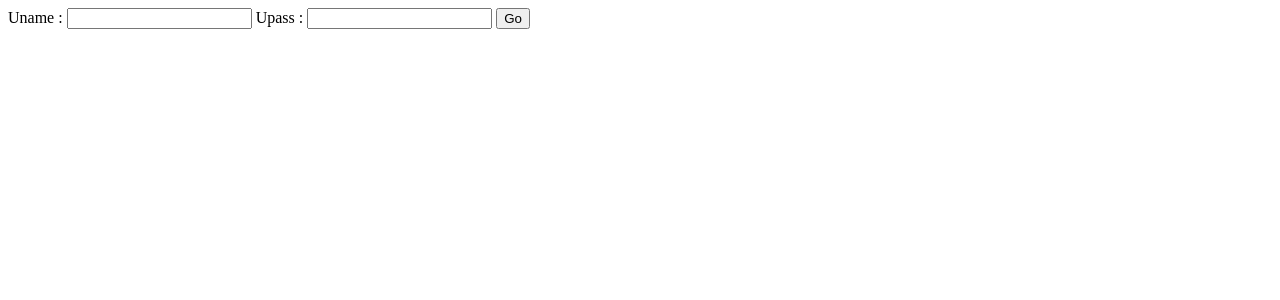
Repository: Asterisc-Institute/Adv-Java-Batch8
Page: Jsp-Day01/WebContent/index.html
The author's editor kept a copy of each file at every save. The page is drawn from the files as they stood at one save, then again after a run of saves.
The browser window is 1280 px wide. The pictures show the whole page.

Above is the page before, as saved 2023-05-06 15:36:27.

### Jsp-Day01/WebContent/index.html
<!DOCTYPE html>
<html>
<head>
<meta charset="ISO-8859-1">
<title>Insert title here</title>
</head>
<body>

<form action="">
Uname : <input type="text" name="uname">
Upass : <input type="text" name="upass">
<input type="submit" value="Go">
</form>


</body>
</html>

After the next 2 saves:
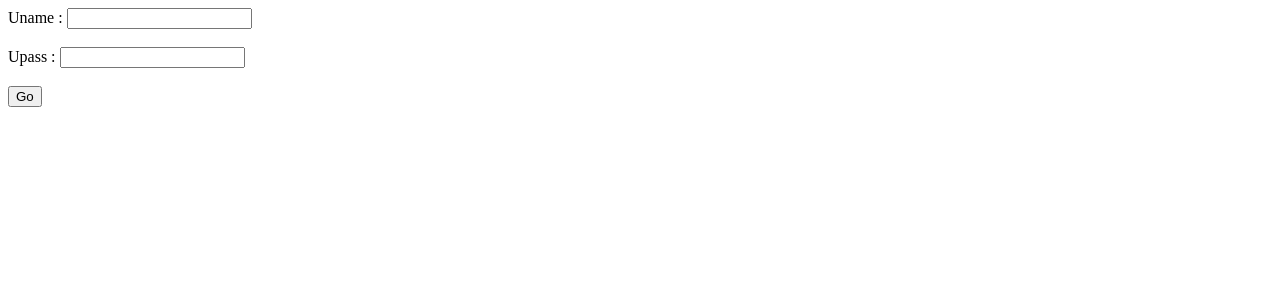
The 2 saves are shown as one change because they came seconds apart.
The last was saved 15 s later.
--- a/Jsp-Day01/WebContent/index.html
+++ b/Jsp-Day01/WebContent/index.html
@@ -7,8 +7,8 @@
 <body>
 
 <form action="">
-Uname : <input type="text" name="uname">
-Upass : <input type="text" name="upass">
+Uname : <input type="text" name="uname"><br/><br/>
+Upass : <input type="text" name="upass"><br/><br/>
 <input type="submit" value="Go">
 </form>
 
